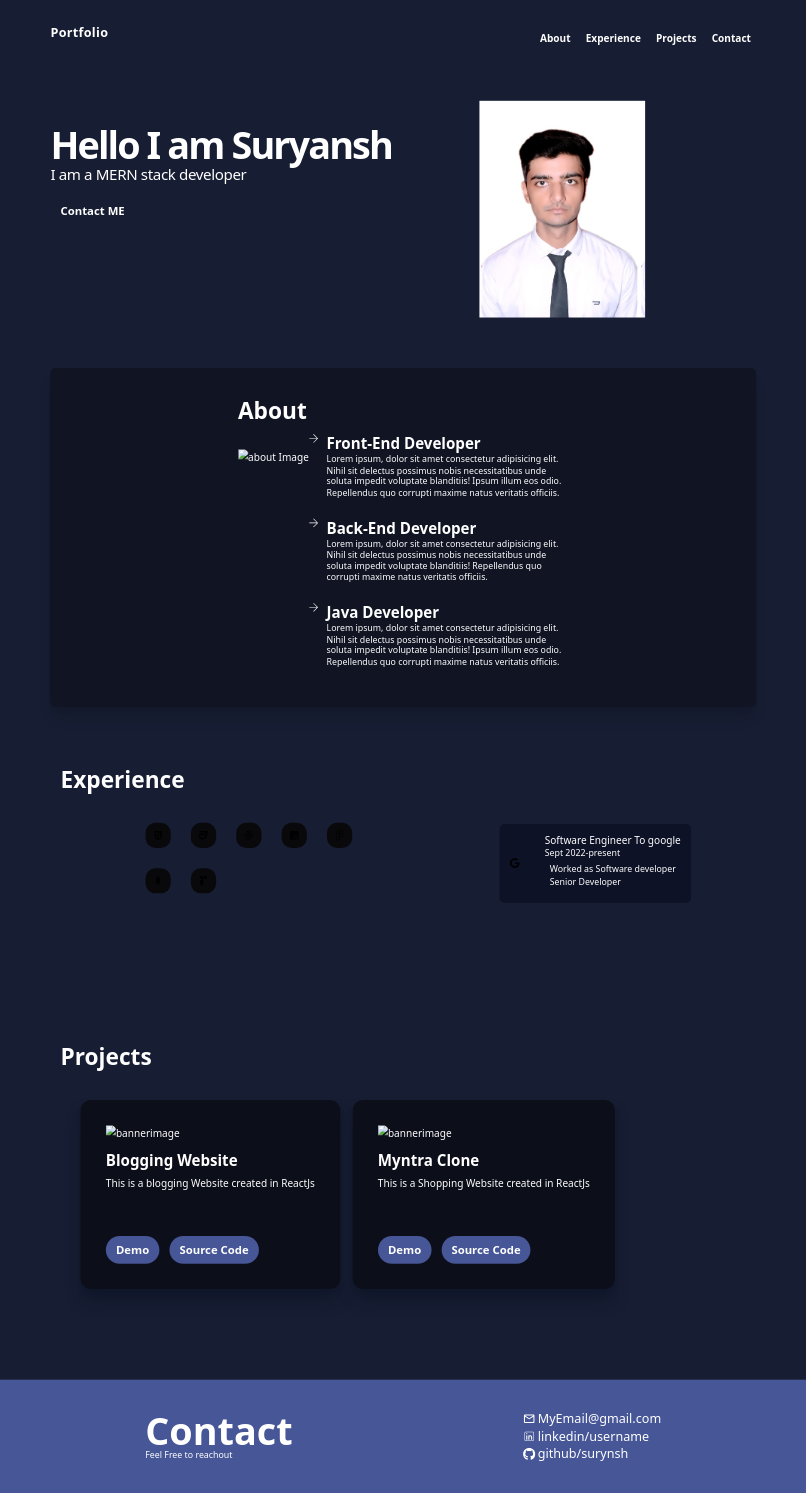
Repository: suryanshsingh99181/portfolio
Page: /
An editor plug-in stored every save of this project. The page is shown before and after the next save, followed by the edit.
The browser window is 1280 px wide. The pictures show the whole page, at 63% of full size.
The project was rebuilt for these pictures with package versions that can differ from the ones it lists, and the page was loaded fresh each time. Also part of the build but not shown: vite.config.js.

Above is the page before, as saved 2024-08-22 01:21:02.

After the next save:
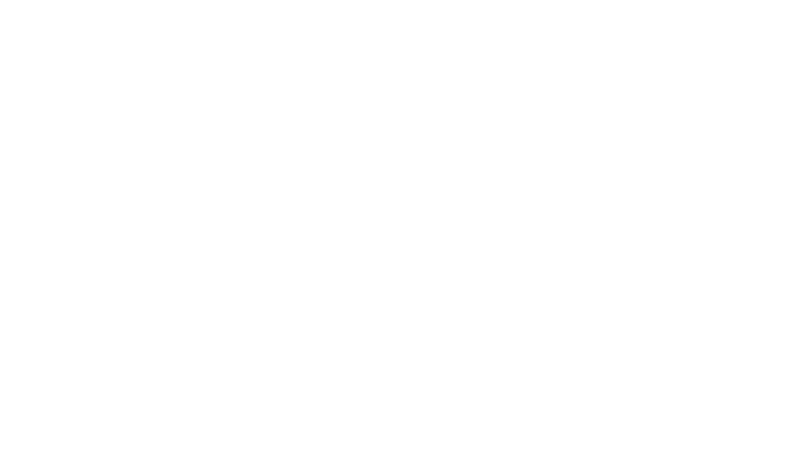
Console error: ReferenceError: TextChanger is not defined
Saved 42 s later.
--- a/src/Components/home/Home.jsx
+++ b/src/Components/home/Home.jsx
@@ -6,7 +6,7 @@
     <div className="text-white flex w-full justify-between items-start p-10 md:p-20">
       <div className="md:w-2/4 md:pt-10">
         <h1 className="text-3xl md:text-6xl font-bold flex leading-normal tracking-tighter ">
-          Hello I am Suryansh
+          <TextChanger></TextChanger>
         </h1>
         <p className="text-sm md:text-2xl leading-tight tracking-tight">
           I am a MERN stack developer

After the save that followed:
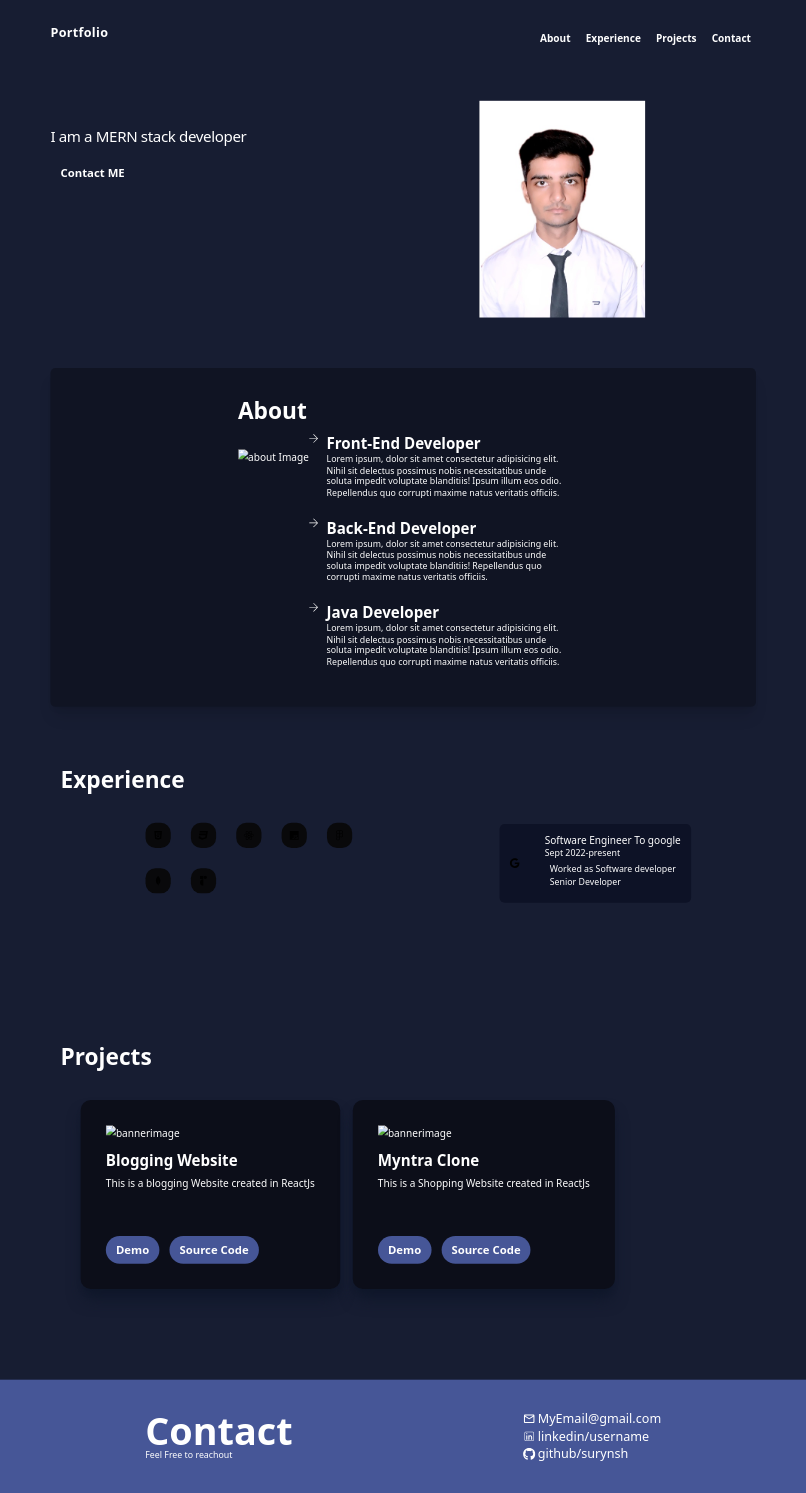
Console error: ReferenceError: text is not defined
Saved 71 s later.
--- a/src/Components/home/Home.jsx
+++ b/src/Components/home/Home.jsx
@@ -1,12 +1,13 @@
 import React from "react";
 import image from "../../assets/suryansh.jpg";
+import TextChanger from "../../TextChanger";
 
 const Home = () => {
   return (
     <div className="text-white flex w-full justify-between items-start p-10 md:p-20">
       <div className="md:w-2/4 md:pt-10">
         <h1 className="text-3xl md:text-6xl font-bold flex leading-normal tracking-tighter ">
-          <TextChanger></TextChanger>
+          <TextChanger />
         </h1>
         <p className="text-sm md:text-2xl leading-tight tracking-tight">
           I am a MERN stack developer
